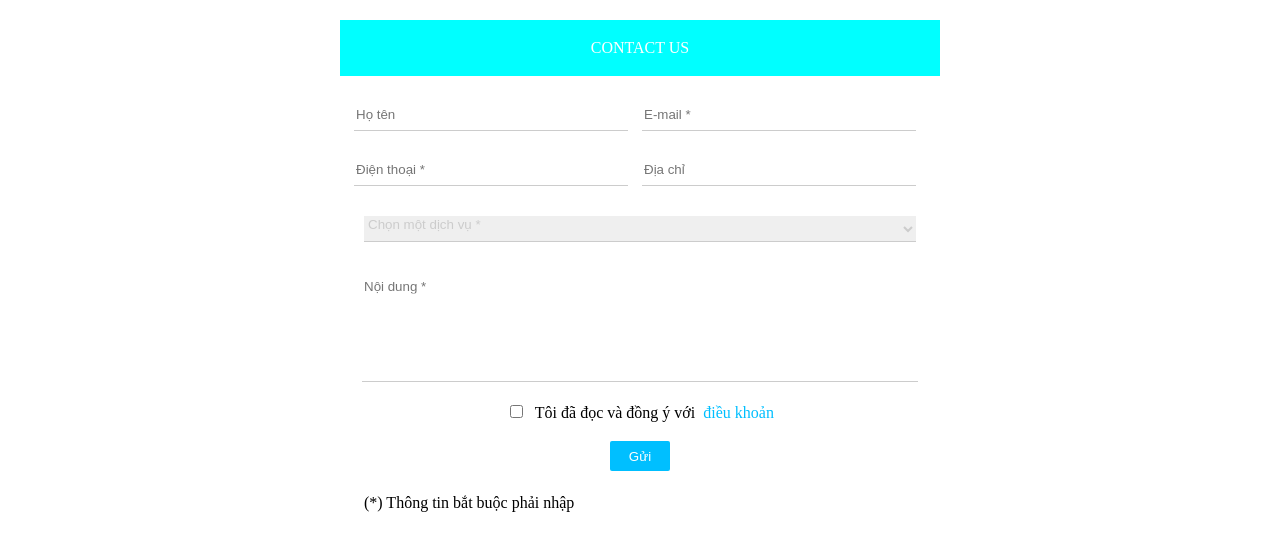
Repository: vanh1604/exercises
Page: baitap/Car/contact.html
These files come from the project's save history. The page is drawn as it stood at one moment and after the next save; the edit follows.
The browser window is 1280 px wide. The pictures show the whole page.

Above is the page before, as saved 2023-03-29 17:38:09.

### baitap/Car/contact.html
<!DOCTYPE html>
<html lang="en">
  <head>
    <meta charset="UTF-8" />
    <meta http-equiv="X-UA-Compatible" content="IE=edge" />
    <meta name="viewport" content="width=device-width, initial-scale=1.0" />
    <link rel="stylesheet" href="reset.css" />
    <link rel="stylesheet" href="contact.css" />
    <title>Document</title>
  </head>
  <body>
    <div class="modal" id="modal">
      <div class="container">
        <div class="header">Contact Us</div>
        <div class="box">
          <ul class="content">
            <li class="line row-2">
              <input type="text" placeholder="Họ tên" id="name" />
              <input type="text" placeholder="E-mail *" />
            </li>
            <li class="line row-2">
              <input type="text" placeholder="Điện thoại *" id="phone-number" />
              <input type="text" placeholder="Địa chỉ" />
            </li>
            <li class="line">
              <select name="service" id="service">
                <option value="default">Chọn một dịch vụ *</option>
                <option value=""></option>
                <option value=""></option>
                <option value=""></option>
              </select>
            </li>
            <li class="line">
              <input type="text" placeholder="Nội dung *" id="content" />
            </li>
            <li class="line check-box">
              <input type="checkbox" name="" id="" />
              Tôi đã đọc và đồng ý với <a href="">điều khoản</a>
            </li>
            <li class="line">
              <button id="button">Gửi</button>
            </li>
          </ul>
          <div class="force">(*) Thông tin bắt buộc phải nhập</div>
        </div>
      </div>
    </div>
  </body>
</html>

### baitap/Car/contact.css
.modal {
  margin: 0 auto;
  width: 600px;
  opacity: ;
}
.container {
  position: relative;
  text-align: center;
  margin-top: 20px;
  box-shadow:
}
.header {
  background-color: aqua;
  padding: 20px;
  text-transform: uppercase;
  color: white;
}
.box {
  width: 100%;
  height: fit-content;
  min-height: 70%;
  /* height: 470px; */
  background-color: #fff;
}
.modal ul {
  width: 100%;
}
.modal li {
  justify-content: center;
}
.row-2 input {
  width: 45% !important;
  margin-right: 10px;
}
.modal select {
  color: #ccc;
}
.modal input[type="text"],
.modal select {
  width: 92%;
  border: none;
  border-bottom: 1px solid #ccc;
  margin-top: 30px;
  padding-bottom: 8px;
}
input:focus,
select:focus,
button:focus {
  outline: none;
}
#content {
  height: 100px;
}
#content::placeholder {
  transform: translateY(-250%);
}
.check-box {
  margin-top: 20px;
  border-radius: 0;
}
.modal input[type="checkbox"] {
  margin-right: 8px;
}
.check-box a {
  text-decoration: none;
  margin-left: 4px;
  color: deepskyblue;
}
.modal button {
  width: 10%;
  height: 30px;
  background: deepskyblue;
  border: none;
  border-radius: 2px;
  color: #fff;
  cursor: pointer;
  margin-top: 20px;
}
.modal button:hover {
  opacity: 0.4;
}
.force {
  margin-left: 4%;
  padding-bottom: 10px;
  position: absolute;
  bottom: -50px;
}

Loaded but not shown: baitap/Car/reset.css (common file)

After the next save:
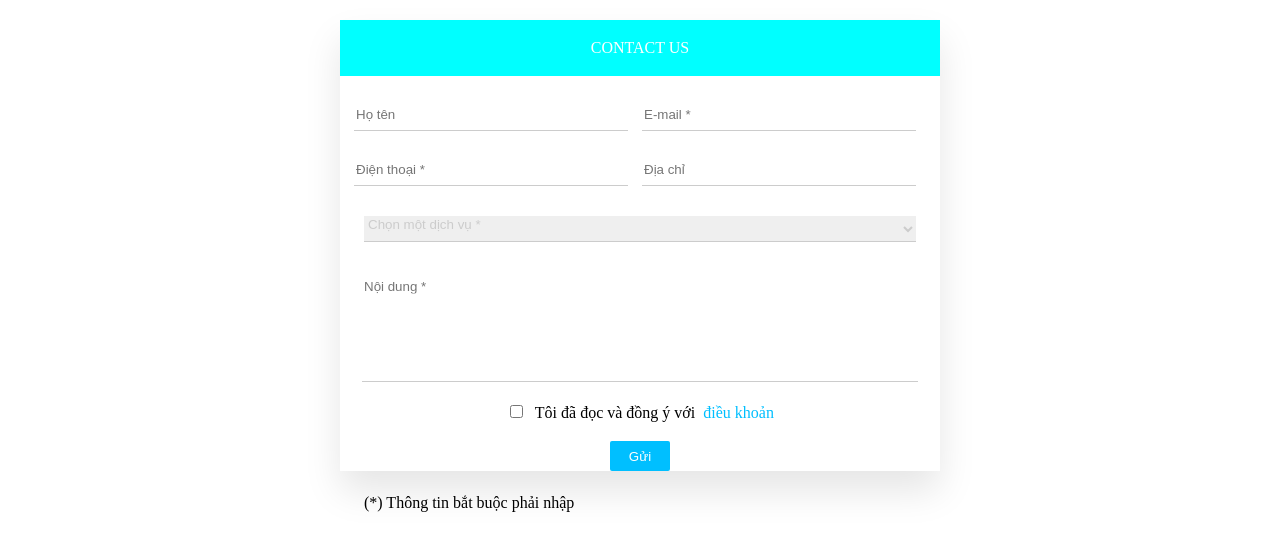
Saved 72 s later.
--- a/baitap/Car/contact.css
+++ b/baitap/Car/contact.css
@@ -7,7 +7,7 @@
   position: relative;
   text-align: center;
   margin-top: 20px;
-  box-shadow:
+  box-shadow: 0 20px 35px rgba(0, 0, 0, 0.1);
 }
 .header {
   background-color: aqua;
